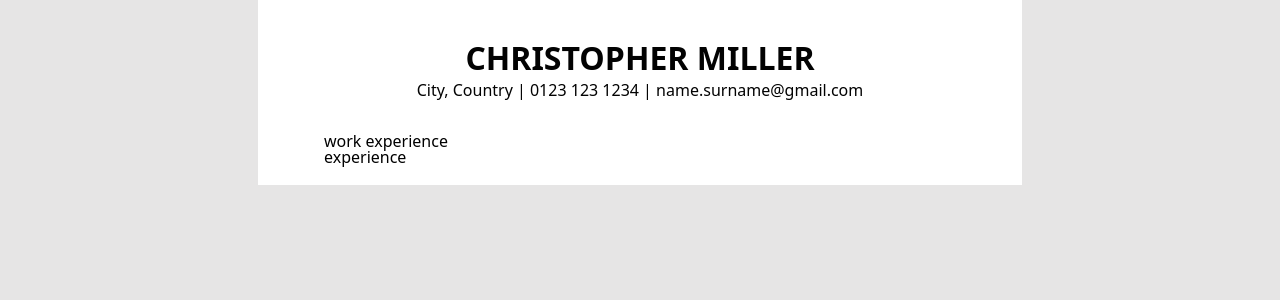
Repository: lannguyen1301/f8-zoom-day-4
Page: cv.html
The author's editor kept a copy of each file at every save. The page is drawn from the files as they stood at one save, then again after a run of saves.
The browser window is 1280 px wide. The pictures show the whole page.

Above is the page before, as saved 2025-04-17 23:16:31.

After the next 8 saves:
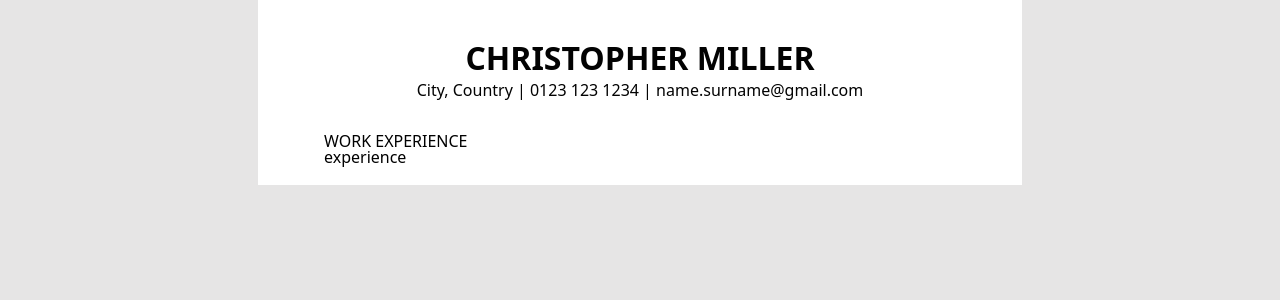
The 8 saves are shown as one change because they came seconds apart.
The last was saved 18 s later.
--- a/assets/css/style.css
+++ b/assets/css/style.css
@@ -66,4 +66,6 @@ a {
     color: #020202;
 }
 
-.work experience
+.work-experience {
+    text-transform: uppercase;
+}
